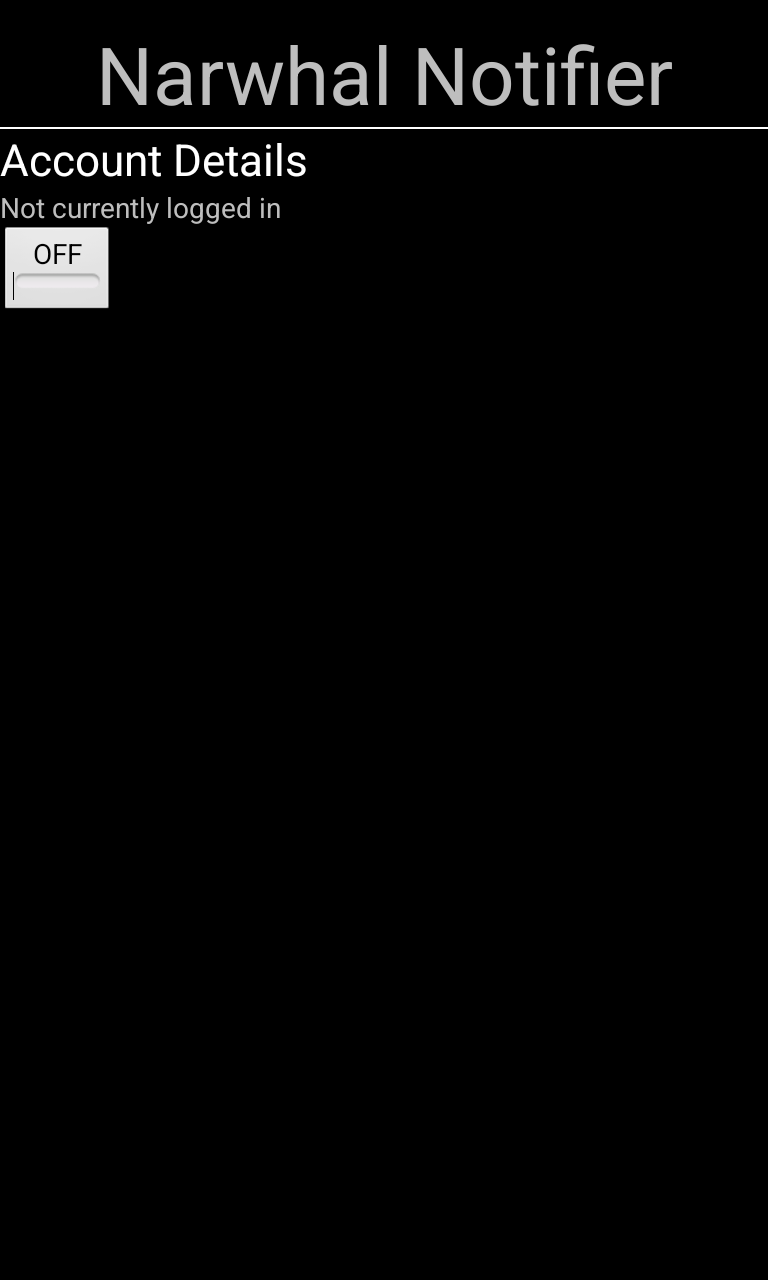
Repository: shawnbuso/NarwhalNotifier
Layout: Narwhal Notifier/res/layout/main.xml
The author's editor kept a copy of each file at every save. The layout is drawn from the files as they stood at one save, then again after the next save.
It is drawn on a 768 x 1280 px phone screen (xhdpi) without system bars, with theme android:Theme; the app's code is not run.

Above is the layout before, as saved 2012-01-11 18:32:08.

### Narwhal Notifier/res/layout/main.xml
<?xml version="1.0" encoding="utf-8"?>
<LinearLayout xmlns:android="http://schemas.android.com/apk/res/android"
    android:layout_width="fill_parent"
    android:layout_height="fill_parent"
    android:orientation="vertical" >

    <TextView
        android:id="@+id/title"
        android:layout_width="fill_parent"
        android:layout_height="wrap_content"
        android:gravity="center_horizontal"
        android:text="@string/app_name"
		android:textSize="40dp"
		android:layout_marginTop="10dp"/>

    <View
        android:id="@+id/separator"
        android:layout_width="fill_parent"
        android:layout_height="1dip"
        android:layout_alignParentTop="true"
        android:layout_centerVertical="true"
        android:background="#ffffff" />

    <include layout="@layout/list_item" />

    <ToggleButton
        android:id="@+id/toggleButton1"
        android:layout_width="wrap_content"
        android:layout_height="wrap_content"
        android:text="ToggleButton" />

</LinearLayout>

### Narwhal Notifier/res/values/strings.xml
<?xml version="1.0" encoding="utf-8"?>
<resources>

    <string name="hello">Hello World, NarwhalNotifier!</string>
    <string name="app_name">Narwhal Notifier</string>

</resources>

### Narwhal Notifier/res/layout/list_item.xml
<?xml version="1.0" encoding="utf-8"?>
<LinearLayout xmlns:android="http://schemas.android.com/apk/res/android"
    android:layout_width="fill_parent"
    android:layout_height="wrap_content"
    android:orientation="vertical"
    android:id="@+layout/list_item" >

    <TextView
        android:id="@+id/textView1"
        android:layout_width="wrap_content"
        android:layout_height="wrap_content"
        android:text="Account Details"
        android:textAppearance="?android:attr/textAppearanceLarge" />

    <TextView
        android:id="@+id/textView2"
        android:layout_width="wrap_content"
        android:layout_height="wrap_content"
        android:text="Not currently logged in"
        android:textAppearance="?android:attr/textAppearanceSmall" />

</LinearLayout>

After the next save:
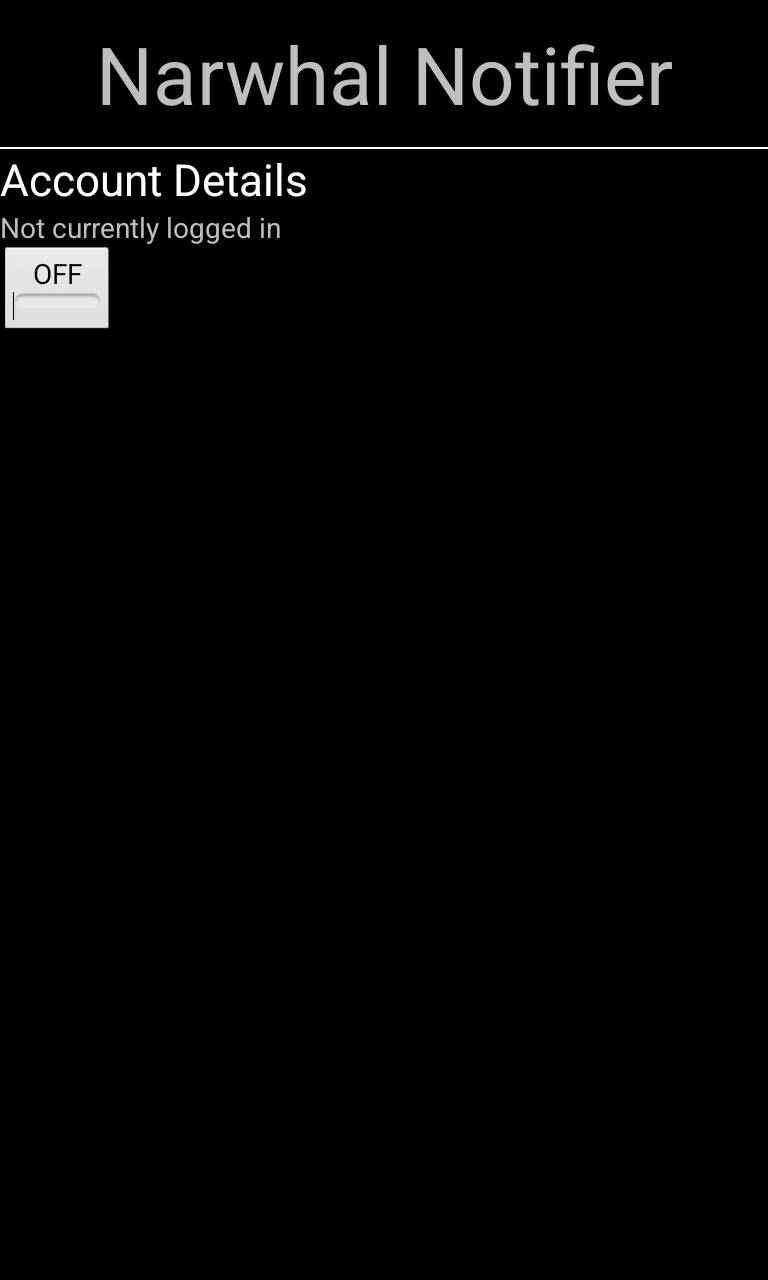
Saved 9 s later.
--- a/Narwhal Notifier/res/layout/main.xml
+++ b/Narwhal Notifier/res/layout/main.xml
@@ -11,7 +11,8 @@
         android:gravity="center_horizontal"
         android:text="@string/app_name"
 		android:textSize="40dp"
-		android:layout_marginTop="10dp"/>
+		android:layout_marginTop="10dp"
+		android:layout_marginBottom="10dp"/>
 
     <View
         android:id="@+id/separator"
